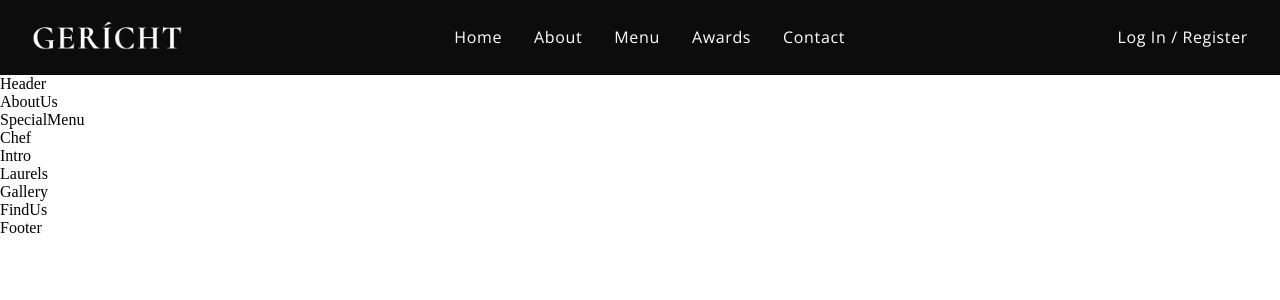
Repository: Isanderr/react-restaurant-page
Page: /
An editor plug-in stored every save of this project. The page is shown before and after the next save, followed by the edit.
The browser window is 1280 px wide. The pictures show the whole page.
Some web fonts or font styles are not loaded; a fallback is used. The project was rebuilt for these pictures with package versions that can differ from the ones it lists, and the page was loaded fresh each time. Also part of the build but not shown: src/components/SubHeading/SubHeading.jsx, src/components/Footer/Newsletter.jsx, src/components/Footer/FooterOverlay.jsx, src/components/Menuitem/MenuItem.jsx.

Above is the page before, as saved 2022-05-21 14:17:13.

### public/index.html
<!DOCTYPE html>
<html lang="en">
  <head>
    <meta charset="utf-8" />
    <link rel="icon" href="%PUBLIC_URL%/favicon.ico" />
    <meta name="viewport" content="width=device-width, initial-scale=1" />
    <meta name="theme-color" content="#000000" />
    <meta
      name="description"
      content="Web site created using create-react-app"
    />
    <link rel="apple-touch-icon" href="%PUBLIC_URL%/logo192.png" />
    <link rel="manifest" href="%PUBLIC_URL%/manifest.json" />
    <title>Restaurant Page</title>
  </head>
  <body>
    <noscript>You need to enable JavaScript to run this app.</noscript>
    <div id="root"></div>
  </body>
</html>

### src/index.js
import React from 'react';
import { createRoot } from 'react-dom/client';

import './index.css';
import App from './App';

const container = document.getElementById('root');
const root = createRoot(container);
root.render(<React.StrictMode>
  <App />
</React.StrictMode>);

### src/components/Navbar/Navbar.jsx
import React from 'react';
import {GiHamburgerMenu} from 'react-icons/gi';
import {MdOutlineRestaurantMenu} from 'react-icons/md';
import images from '../../constants/images';


import './Navbar.css';

const Navbar = () => (
  <nav className="app__navbar">
    <div className="app__navbar-logo">
      <img src={ images.gericht} alt="logo"/>
    </div>
    <ul className="app__navbar-links">
      <li className="p__opensans"><a href="#home">Home</a></li>
      <li className="p__opensans"><a href="#about">About</a></li>
      <li className="p__opensans"><a href="#menu">Menu</a></li>
      <li className="p__opensans"><a href="#awards">Awards</a></li>
      <li className="p__opensans"><a href="#contact">Contact</a></li>
    </ul>
    <div className="app__navbar-login">
      <a href="#login" className="p__opensans">Log in / Register</a>
      <div />
      <a href="/" className="p__opensans"></a>
    </div>
  </nav>
);

export default Navbar;

### src/constants/images.js
import bg from '../assets/bg.png';
import chef from '../assets/chef.png';
import G from '../assets/G.png';
import gallery01 from '../assets/gallery01.png';
import gallery02 from '../assets/gallery02.png';
import gallery03 from '../assets/gallery03.png';
import gallery04 from '../assets/gallery04.png';
import knife from '../assets/knife.png';
import logo from '../assets/logo.png';
import menu from '../assets/menu.png';
import overlaybg from '../assets/overlaybg.png';
import spoon from '../assets/spoon.svg';
import welcome from '../assets/welcome.png';
import findus from '../assets/findus.png';
import laurels from '../assets/laurels.png';
import award01 from '../assets/award01.png';
import award02 from '../assets/award02.png';
import award03 from '../assets/award03.png';
import award05 from '../assets/award05.png';
import sign from '../assets/sign.png';
import quote from '../assets/quote.png';
import gericht from '../assets/gericht.png';

export default {
  bg,
  chef,
  G,
  gallery01,
  gallery02,
  gallery03,
  gallery04,
  knife,
  logo,
  menu,
  overlaybg,
  spoon,
  welcome,
  findus,
  laurels,
  award01,
  award02,
  award03,
  award05,
  sign,
  quote,
  gericht,
};

### src/components/Navbar/Navbar.css
.app__navbar {
    width: 100%;
    display: flex;
    justify-content: space-between;
    align-items: center;
    background: var(--color-black);
    padding: 1rem 2rem;
}

.app__navbar-logo{
    display: flex;
    justify-content: flex-start;
    align-items: center;
}

.app__navbar-logo img {
    width: 150px;
}

.app__navbar-links {
    flex: 1;
    display: flex;
    justify-content: center;
    align-items: center;

    list-style: none;
}
.app__navbar-links li{
    margin: 0 1rem;
    cursor: pointer;
}

.app__navbar-links li:hover{
    color: var(--color-grey)
}

Loaded but not shown: src/index.css (common file); src/App.js (common file); src/container/index.js (common file); src/components/index.js (common file); src/App.css (common file); src/container/AboutUs/AboutUs.jsx (common file); src/container/Chef/Chef.jsx (common file); src/container/Findus/FindUs.jsx (common file); src/container/Footer/Footer.jsx (common file); src/container/Gallery/Gallery.jsx (common file); src/container/Header/Header.jsx (common file); src/container/Intro/Intro.jsx (common file); src/container/Laurels/Laurels.jsx (common file); src/container/Menu/SpecialMenu.jsx (common file); src/components/Footer/FooterOverlay.css (no stored copy; drawn as an empty file); src/components/Footer/Newsletter.css (no stored copy; drawn as an empty file); src/components/Menuitem/MenuItem.css (no stored copy; drawn as an empty file); src/container/AboutUs/AboutUs.css (no stored copy; drawn as an empty file); src/container/Chef/Chef.css (no stored copy; drawn as an empty file); src/container/Footer/Footer.css (no stored copy; drawn as an empty file); src/container/Gallery/Gallery.css (no stored copy; drawn as an empty file); src/container/Header/Header.css (no stored copy; drawn as an empty file); src/container/Intro/Intro.css (no stored copy; drawn as an empty file); src/container/Laurels/Laurels.css (no stored copy; drawn as an empty file); src/container/Menu/SpecialMenu.css (no stored copy; drawn as an empty file)

After the next save:
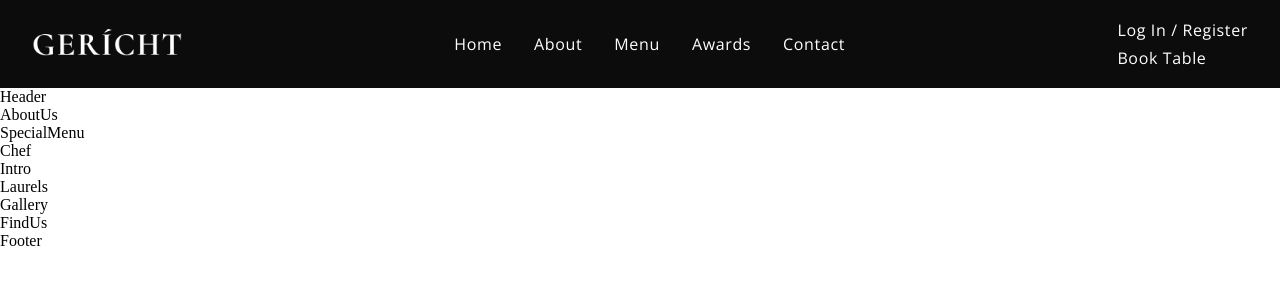
Saved 13 s later.
--- a/src/components/Navbar/Navbar.jsx
+++ b/src/components/Navbar/Navbar.jsx
@@ -21,7 +21,7 @@ const Navbar = () => (
     <div className="app__navbar-login">
       <a href="#login" className="p__opensans">Log in / Register</a>
       <div />
-      <a href="/" className="p__opensans"></a>
+      <a href="/" className="p__opensans">Book Table</a>
     </div>
   </nav>
 );
